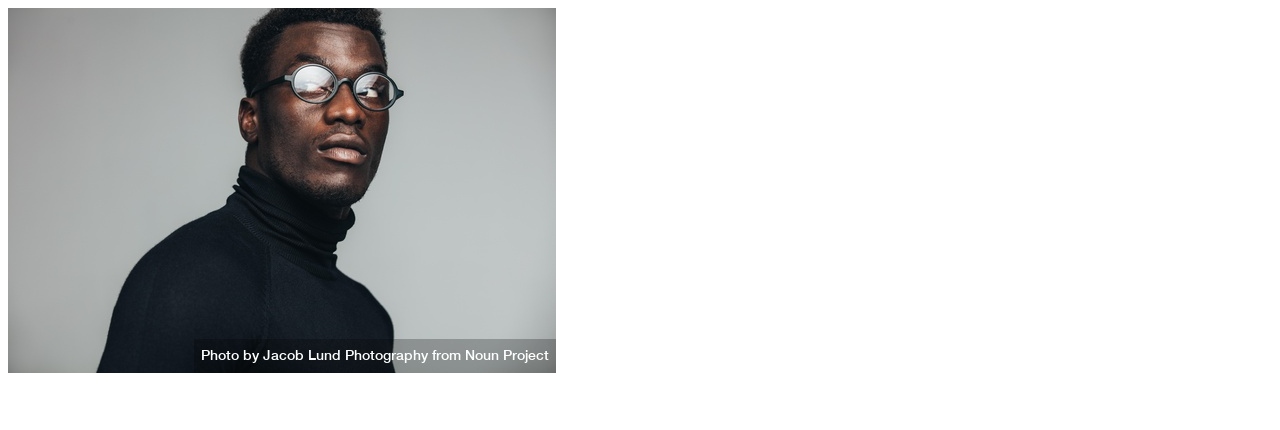
Repository: russel-success/Xcode-TASK-1
Page: index.html
The author's editor kept a copy of each file at every save. The page is drawn from the files as they stood at one save, then again after the next save.
The browser window is 1280 px wide. The pictures show the whole page.

Above is the page before, as saved 2024-04-29 00:10:24.

### index.html
<!DOCTYPE html>
<html lang="en">
<head>
    <meta charset="UTF-8">
    <meta name="viewport" content="width=device-width, initial-scale=1.0">
    <title>Document</title>
</head>
<body>
    <div class="main">
        <div class="container">
            <div><img src="assets/np_Man staring away on gray background_0VPZY4_free.jpg" alt="" class="profile"></div>
            <div class="socials"></div>
            <div class="socials"></div>
            <div class="socials"></div>
            <div class="socials"></div>
        </div>
    </div>
</body>
</html>

After the next save:
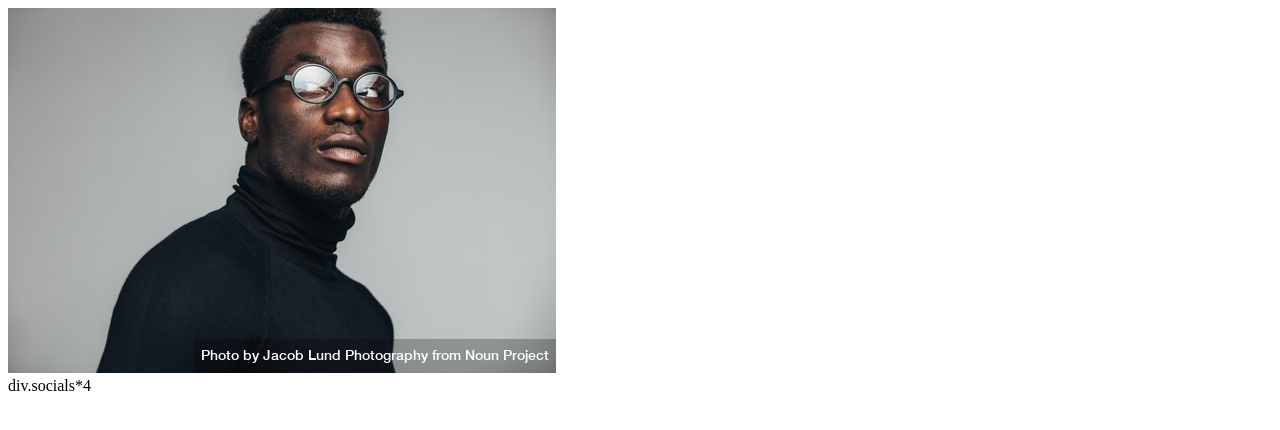
Saved 7 s later.
--- a/index.html
+++ b/index.html
@@ -9,10 +9,7 @@
     <div class="main">
         <div class="container">
             <div><img src="assets/np_Man staring away on gray background_0VPZY4_free.jpg" alt="" class="profile"></div>
-            <div class="socials"></div>
-            <div class="socials"></div>
-            <div class="socials"></div>
-            <div class="socials"></div>
+            div.socials*4
         </div>
     </div>
 </body>

After the save that followed:
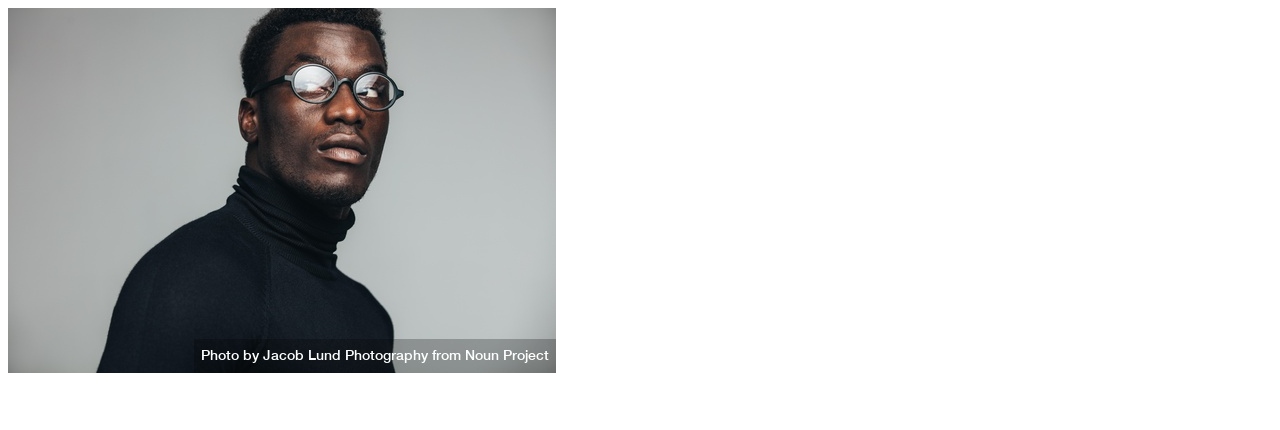
Saved 4 s later.
--- a/index.html
+++ b/index.html
@@ -9,7 +9,18 @@
     <div class="main">
         <div class="container">
             <div><img src="assets/np_Man staring away on gray background_0VPZY4_free.jpg" alt="" class="profile"></div>
-            div.socials*4
+            <div class="socials">
+                <text></text>
+            </div>
+            <div class="socials">
+                <text></text>
+            </div>
+            <div class="socials">
+                <text></text>
+            </div>
+            <div class="socials">
+                <text></text>
+            </div>
         </div>
     </div>
 </body>
